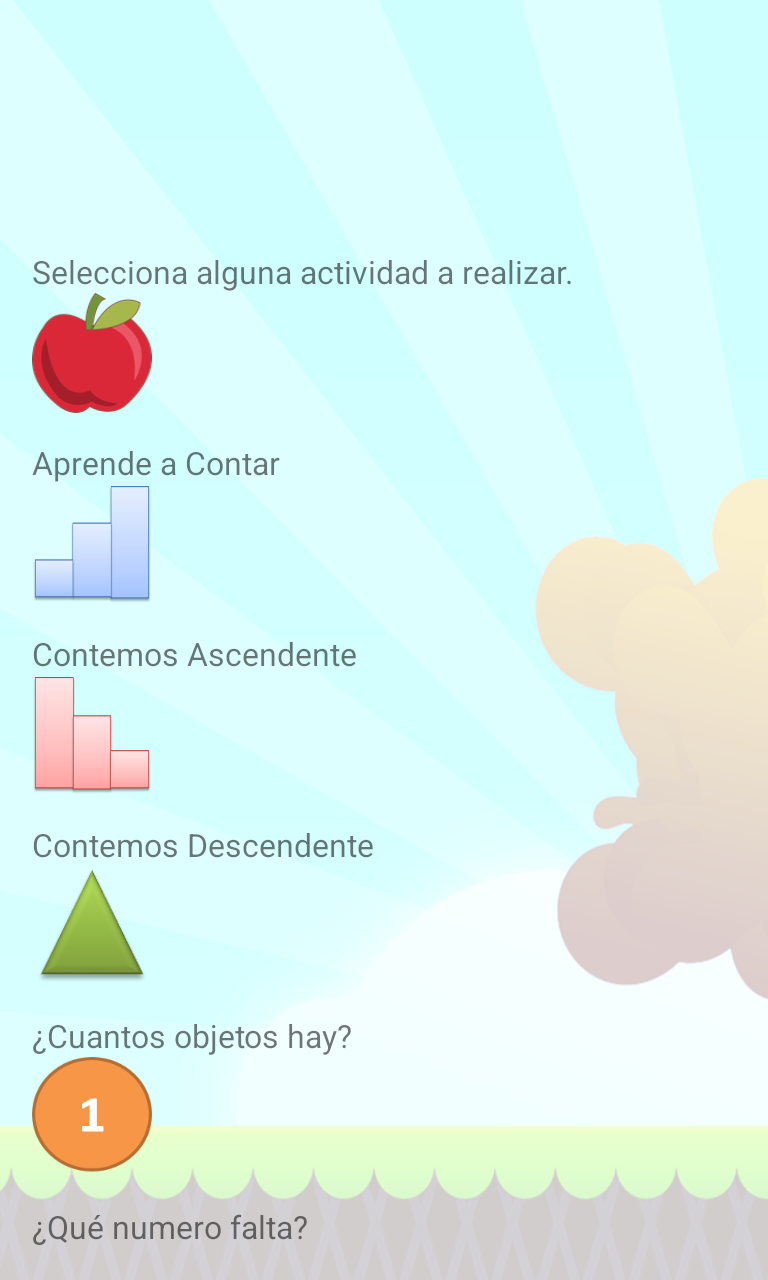
Repository: AntonioloNeviani/ProyectoDeInvestigacion_Android
Layout: FiliiStude/res/layout/activity_indice.xml
These files come from the project's save history. The layout is drawn as it stood at one moment and after the next save; the edit follows.
It is drawn on a 768 x 1280 px phone screen (xhdpi) without system bars, with theme AppTheme; the app's code is not run.

Above is the layout before, as saved 2015-05-26 21:30:17.

### FiliiStude/res/layout/activity_indice.xml
<RelativeLayout xmlns:android="http://schemas.android.com/apk/res/android"
    xmlns:tools="http://schemas.android.com/tools"
    android:layout_width="match_parent"
    android:layout_height="match_parent"
    android:background="@drawable/fondo_index"
    android:paddingBottom="@dimen/activity_vertical_margin"
    android:paddingLeft="@dimen/activity_horizontal_margin"
    android:paddingRight="@dimen/activity_horizontal_margin"
    android:paddingTop="@dimen/activity_vertical_margin"
    tools:context="com.filii.filiistude.Indice" >

    <ScrollView
        android:id="@+id/scrollView1"
        android:layout_width="wrap_content"
        android:layout_height="wrap_content"
        android:layout_alignParentBottom="true"
        android:layout_alignParentLeft="true"
        android:layout_alignParentRight="true"
        android:layout_below="@+id/textView6" >

        <LinearLayout
            android:layout_width="match_parent"
            android:layout_height="match_parent"
            android:orientation="vertical" >

            <TextView
                android:layout_width="wrap_content"
                android:layout_height="wrap_content"
                android:text="Selecciona alguna actividad a realizar."
                android:textSize="16sp" />

            <ImageButton
                android:id="@+id/ContraManzanas"
                android:layout_width="60dp"
                android:layout_height="60dp"
                android:layout_marginBottom="14dp"
                android:background="@drawable/icomanzana"
                android:onClick="anterior" />

            <TextView
                android:id="@+id/textView1"
                android:layout_width="wrap_content"
                android:layout_height="wrap_content"
                android:text="Aprende a Contar"
                android:textSize="16sp" />

            <ImageButton
                android:id="@+id/ContemosAscendente"
                android:layout_width="60dp"
                android:layout_height="60dp"
                android:layout_marginBottom="14dp"
                android:background="@drawable/ico_escaleraazul"
                android:onClick="anterior" />

            <TextView
                android:id="@+id/textView2"
                android:layout_width="wrap_content"
                android:layout_height="wrap_content"
                android:text="Contemos Ascendente "
                android:textSize="16sp" />

            <ImageButton
                android:id="@+id/ContemosDescendente"
                android:layout_width="60dp"
                android:layout_height="60dp"
                android:layout_marginBottom="14dp"
                android:background="@drawable/ico_escaleraroja"
                android:onClick="anterior" />

            <TextView
                android:id="@+id/textView3"
                android:layout_width="wrap_content"
                android:layout_height="wrap_content"
                android:text="Contemos Descendente "
                android:textSize="16sp" />

            <ImageButton
                android:id="@+id/Objetos"
                android:layout_width="60dp"
                android:layout_height="60dp"
                android:layout_marginBottom="14dp"
                android:background="@drawable/ico_tringulo"
                android:onClick="anterior" />

            <TextView
                android:id="@+id/textView4"
                android:layout_width="wrap_content"
                android:layout_height="wrap_content"
                android:text="¿Cuantos objetos hay?"
                android:textSize="16sp" />

            <ImageButton
                android:id="@+id/Circulos"
                android:layout_width="60dp"
                android:layout_height="60dp"
                android:layout_marginBottom="14dp"
                android:background="@drawable/ico_circulo"
                android:onClick="anterior" />

            <TextView
                android:id="@+id/textView5"
                android:layout_width="wrap_content"
                android:layout_height="wrap_content"
                android:text="¿Qué numero falta?"
                android:textSize="16sp" />

        </LinearLayout>
    </ScrollView>

</RelativeLayout>

Loaded but not shown: FiliiStude/res/values/styles.xml (common file); FiliiStude/res/values-v11/styles.xml (common file); FiliiStude/res/values-v14/styles.xml (common file); FiliiStude/res/values/dimens.xml (common file); FiliiStude/res/values-w820dp/dimens.xml (common file)

After the next save:
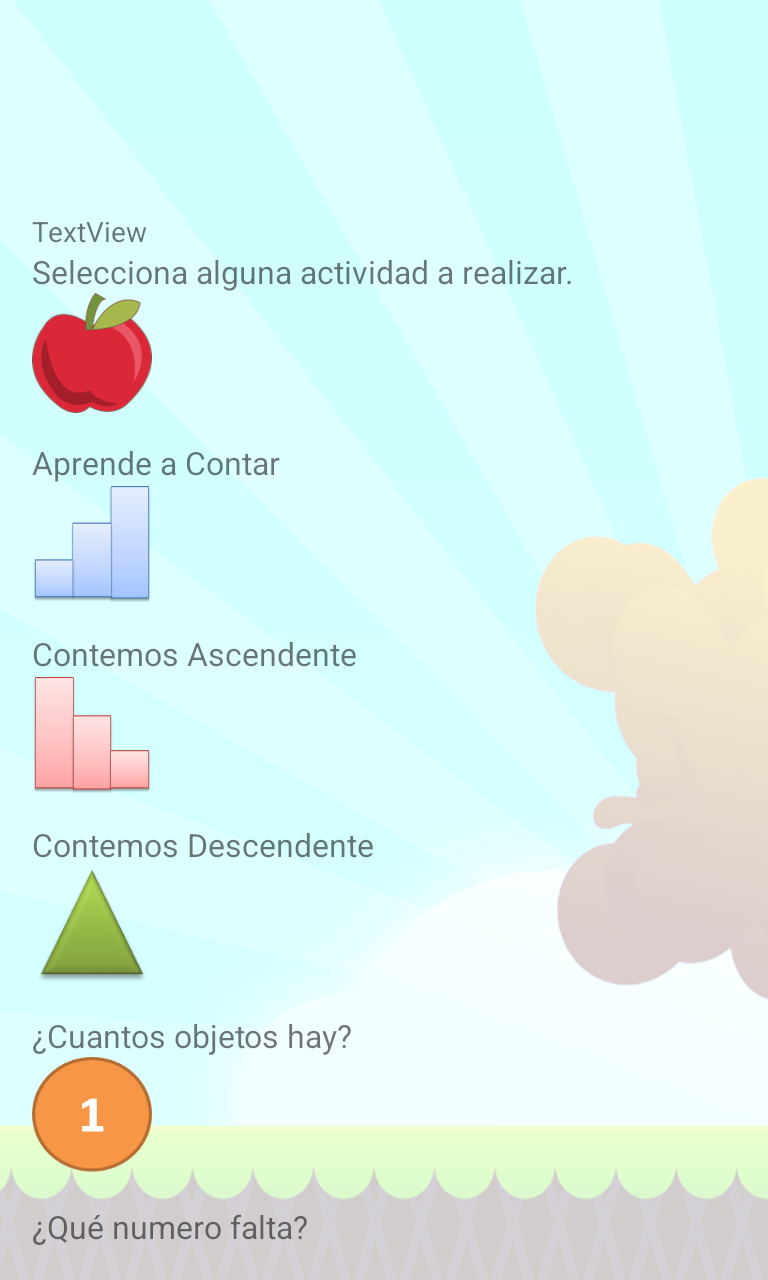
Saved 13 s later.
--- a/FiliiStude/res/layout/activity_indice.xml
+++ b/FiliiStude/res/layout/activity_indice.xml
@@ -22,6 +22,12 @@
             android:layout_width="match_parent"
             android:layout_height="match_parent"
             android:orientation="vertical" >
+
+            <TextView
+                android:id="@+id/textView6"
+                android:layout_width="wrap_content"
+                android:layout_height="wrap_content"
+                android:text="TextView" />
 
             <TextView
                 android:layout_width="wrap_content"

After the save that followed:
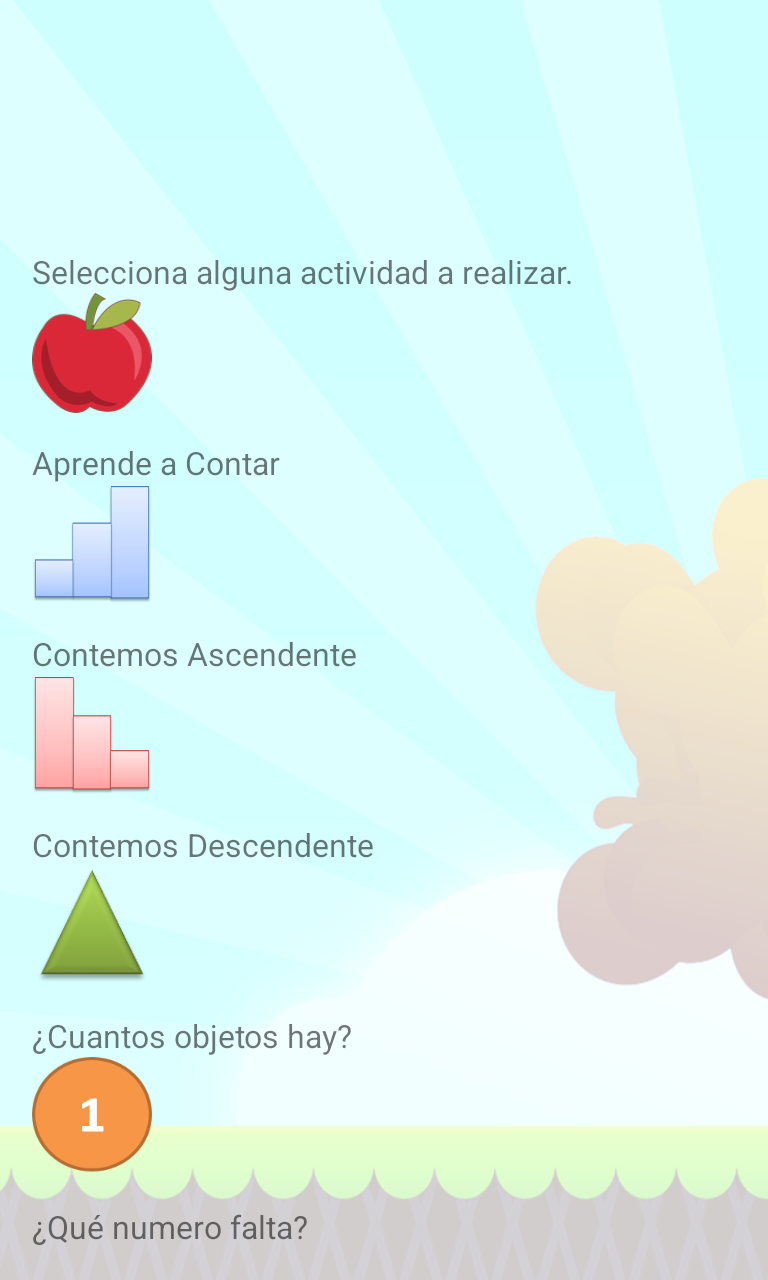
Saved 27 s later.
--- a/FiliiStude/res/layout/activity_indice.xml
+++ b/FiliiStude/res/layout/activity_indice.xml
@@ -22,12 +22,6 @@
             android:layout_width="match_parent"
             android:layout_height="match_parent"
             android:orientation="vertical" >
-
-            <TextView
-                android:id="@+id/textView6"
-                android:layout_width="wrap_content"
-                android:layout_height="wrap_content"
-                android:text="TextView" />
 
             <TextView
                 android:layout_width="wrap_content"
